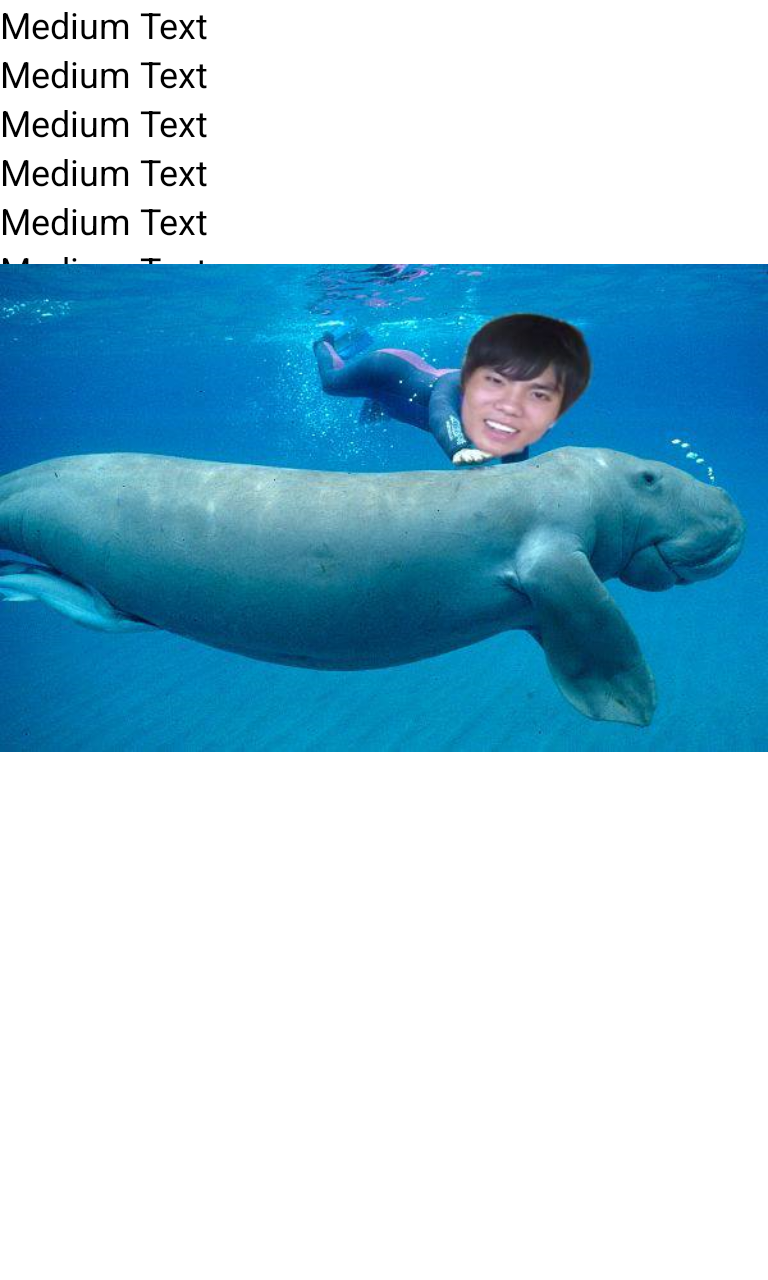
Repository: hieu19926/Non_cable_networking
Layout: SecondGraders/res/layout/mucluc.xml
These files come from the project's save history. The layout is drawn as it stood at one moment and after the next save; the edit follows.
It is drawn on a 768 x 1280 px phone screen (xhdpi) without system bars, with theme AppTheme; the app's code is not run.

Above is the layout before, as saved 2014-10-05 09:11:42.

### SecondGraders/res/layout/mucluc.xml
<?xml version="1.0" encoding="utf-8"?>
<GridLayout xmlns:android="http://schemas.android.com/apk/res/android"
    android:id="@+id/GridLayout1"
    android:layout_width="match_parent"
    android:layout_height="fill_parent"
    android:columnCount="2"
    android:orientation="horizontal" >

    <ScrollView
        android:id="@+id/scrollView1"
        android:layout_width="115dp"
        android:layout_gravity="left" >

        <LinearLayout
            android:layout_width="wrap_content"
            android:layout_height="match_parent"
            android:orientation="vertical" >

            <TextView
                android:id="@+id/TextView12"
                android:layout_width="wrap_content"
                android:layout_height="wrap_content"
                android:text="Medium Text"
                android:textAppearance="?android:attr/textAppearanceMedium" />

            <TextView
                android:id="@+id/TextView11"
                android:layout_width="wrap_content"
                android:layout_height="wrap_content"
                android:text="Medium Text"
                android:textAppearance="?android:attr/textAppearanceMedium" />

            <TextView
                android:id="@+id/TextView10"
                android:layout_width="wrap_content"
                android:layout_height="wrap_content"
                android:text="Medium Text"
                android:textAppearance="?android:attr/textAppearanceMedium" />

            <TextView
                android:id="@+id/TextView09"
                android:layout_width="wrap_content"
                android:layout_height="wrap_content"
                android:text="Medium Text"
                android:textAppearance="?android:attr/textAppearanceMedium" />

            <TextView
                android:id="@+id/TextView08"
                android:layout_width="wrap_content"
                android:layout_height="wrap_content"
                android:text="Medium Text"
                android:textAppearance="?android:attr/textAppearanceMedium" />

            <TextView
                android:id="@+id/TextView07"
                android:layout_width="wrap_content"
                android:layout_height="wrap_content"
                android:text="Medium Text"
                android:textAppearance="?android:attr/textAppearanceMedium" />

            <TextView
                android:id="@+id/TextView06"
                android:layout_width="wrap_content"
                android:layout_height="wrap_content"
                android:text="Medium Text"
                android:textAppearance="?android:attr/textAppearanceMedium" />

            <TextView
                android:id="@+id/TextView05"
                android:layout_width="wrap_content"
                android:layout_height="wrap_content"
                android:text="Medium Text"
                android:textAppearance="?android:attr/textAppearanceMedium" />

            <TextView
                android:id="@+id/TextView04"
                android:layout_width="wrap_content"
                android:layout_height="wrap_content"
                android:text="Medium Text"
                android:textAppearance="?android:attr/textAppearanceMedium" />

            <TextView
                android:id="@+id/TextView03"
                android:layout_width="wrap_content"
                android:layout_height="wrap_content"
                android:text="Medium Text"
                android:textAppearance="?android:attr/textAppearanceMedium" />

            <TextView
                android:id="@+id/TextView02"
                android:layout_width="wrap_content"
                android:layout_height="wrap_content"
                android:text="Medium Text"
                android:textAppearance="?android:attr/textAppearanceMedium" />

            <TextView
                android:id="@+id/TextView01"
                android:layout_width="wrap_content"
                android:layout_height="wrap_content"
                android:text="Medium Text"
                android:textAppearance="?android:attr/textAppearanceMedium" />

            <TextView
                android:id="@+id/textView1"
                android:layout_width="wrap_content"
                android:layout_height="wrap_content"
                android:text="Medium Text"
                android:textAppearance="?android:attr/textAppearanceMedium" />

            <TextView
                android:id="@+id/textView2"
                android:layout_width="wrap_content"
                android:layout_height="wrap_content"
                android:text="Medium Text"
                android:textAppearance="?android:attr/textAppearanceMedium" />

            <TextView
                android:id="@+id/textView3"
                android:layout_width="wrap_content"
                android:layout_height="wrap_content"
                android:text="Medium Text"
                android:textAppearance="?android:attr/textAppearanceMedium" />
        </LinearLayout>
    </ScrollView>

    <Space
        android:layout_column="1"
        android:layout_gravity="fill_vertical"
        android:layout_row="2" />

    <ImageView
        android:id="@+id/imageView1"
        android:layout_column="0"
        android:layout_gravity="right|center_vertical"
        android:layout_row="0"
        android:src="@drawable/ca_kua" />

</GridLayout>

Loaded but not shown: SecondGraders/res/values/styles.xml (common file); SecondGraders/res/values-v11/styles.xml (common file); SecondGraders/res/values-v14/styles.xml (common file)

After the next save:
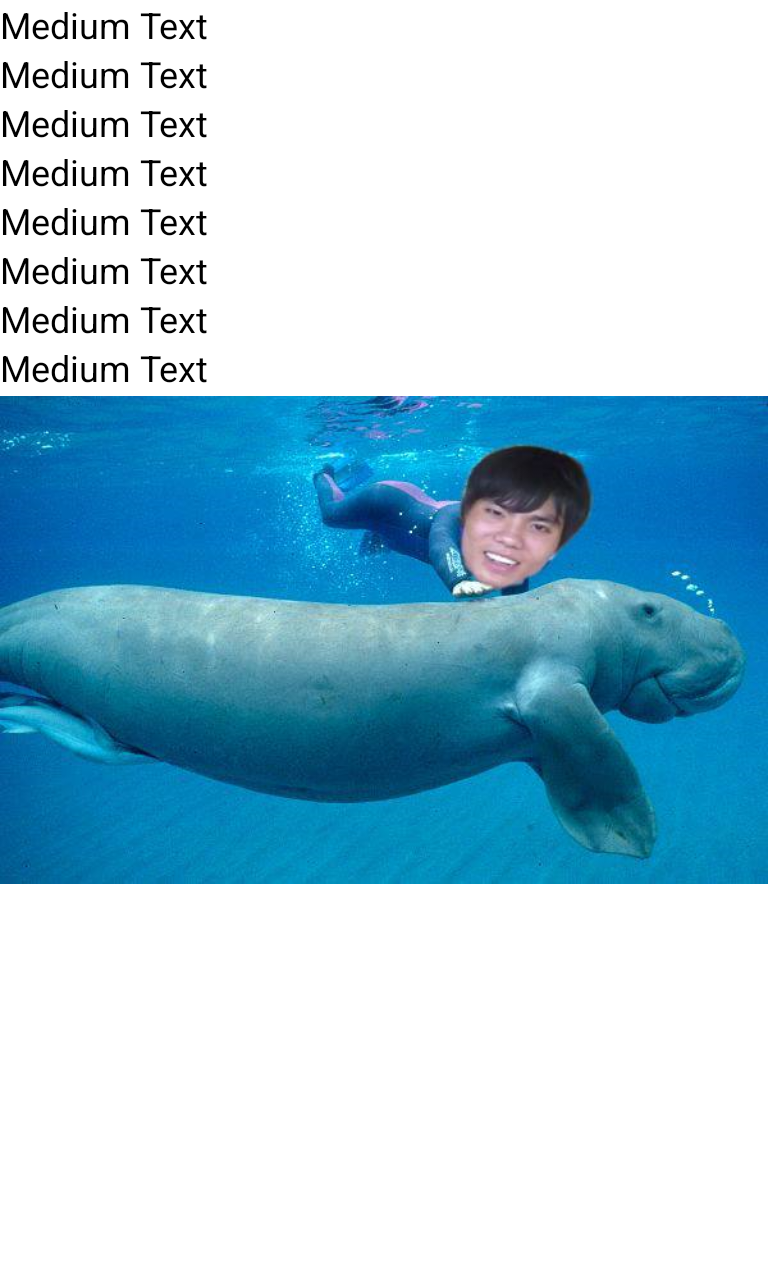
Saved 26 s later.
--- a/SecondGraders/res/layout/mucluc.xml
+++ b/SecondGraders/res/layout/mucluc.xml
@@ -123,11 +123,6 @@
         </LinearLayout>
     </ScrollView>
 
-    <Space
-        android:layout_column="1"
-        android:layout_gravity="fill_vertical"
-        android:layout_row="2" />
-
     <ImageView
         android:id="@+id/imageView1"
         android:layout_column="0"

After the 3 saves that followed:
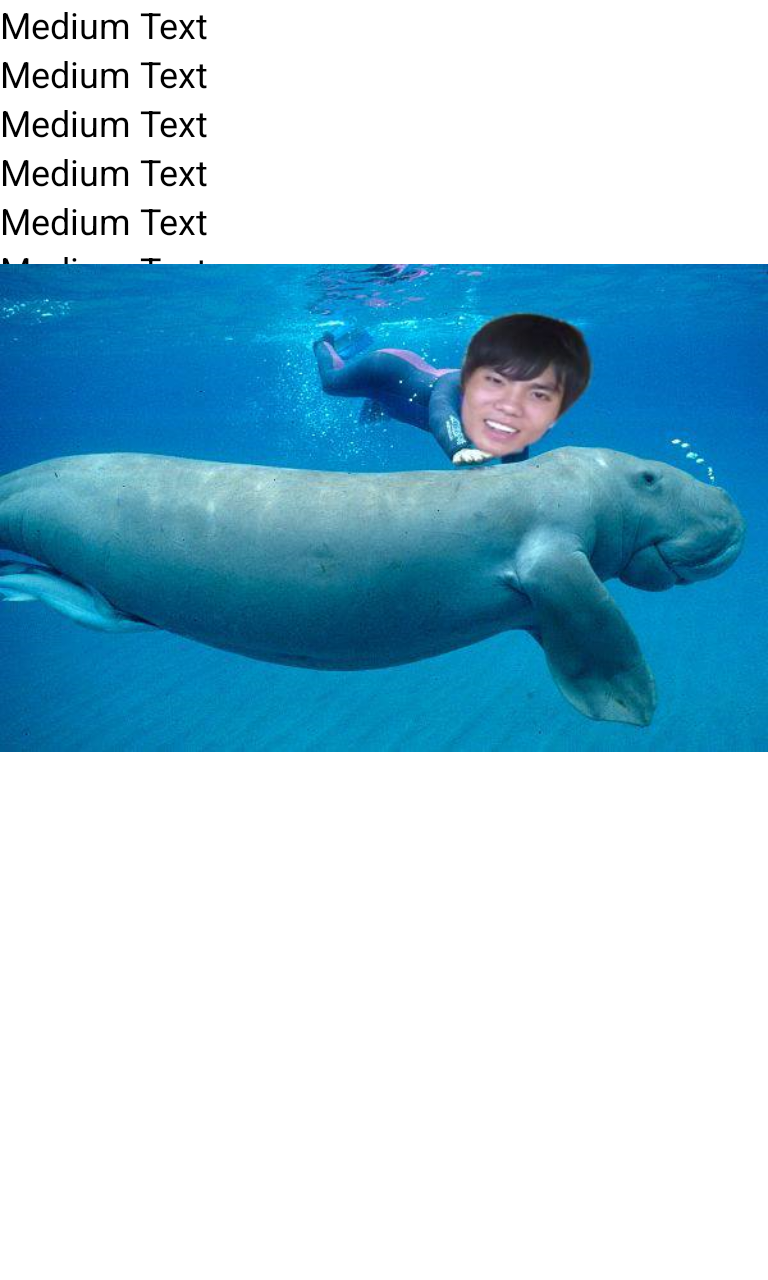
The 3 saves are shown as one change because 2 left the picture as it was.
The last was saved 80 s later.
--- a/SecondGraders/res/layout/mucluc.xml
+++ b/SecondGraders/res/layout/mucluc.xml
@@ -1,6 +1,6 @@
 <?xml version="1.0" encoding="utf-8"?>
-<GridLayout xmlns:android="http://schemas.android.com/apk/res/android"
-    android:id="@+id/GridLayout1"
+<RelativeLayout xmlns:android="http://schemas.android.com/apk/res/android"
+    android:id="@+id/RelativeLayout1"
     android:layout_width="match_parent"
     android:layout_height="fill_parent"
     android:columnCount="2"
@@ -9,6 +9,9 @@
     <ScrollView
         android:id="@+id/scrollView1"
         android:layout_width="115dp"
+        android:layout_height="wrap_content"
+        android:layout_alignParentLeft="true"
+        android:layout_alignParentTop="true"
         android:layout_gravity="left" >
 
         <LinearLayout
@@ -125,9 +128,11 @@
 
     <ImageView
         android:id="@+id/imageView1"
+        android:layout_width="wrap_content"
+        android:layout_height="wrap_content"
         android:layout_column="0"
         android:layout_gravity="right|center_vertical"
         android:layout_row="0"
         android:src="@drawable/ca_kua" />
 
-</GridLayout>
+</RelativeLayout>
